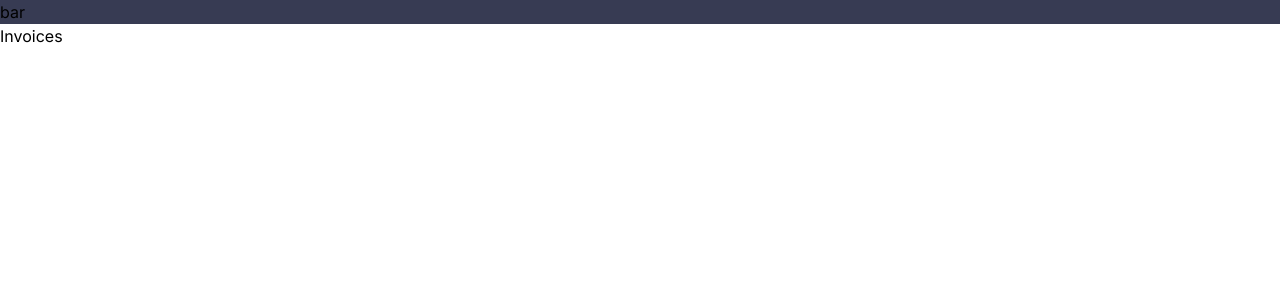
Repository: theoneswhodead/invoice-app
Page: /
These files come from the project's save history. The page is drawn as it stood at one moment and after the next save; the edit follows.
The browser window is 1280 px wide. The pictures show the whole page.
The project was rebuilt for these pictures with package versions that can differ from the ones it lists, and the page was loaded fresh each time. The framework's server and built-in components were replaced by stand-ins that run in the browser. Also part of the build but not shown: next.config.mjs.

Above is the page before, as saved 2024-08-19 17:34:55.

After the next save:
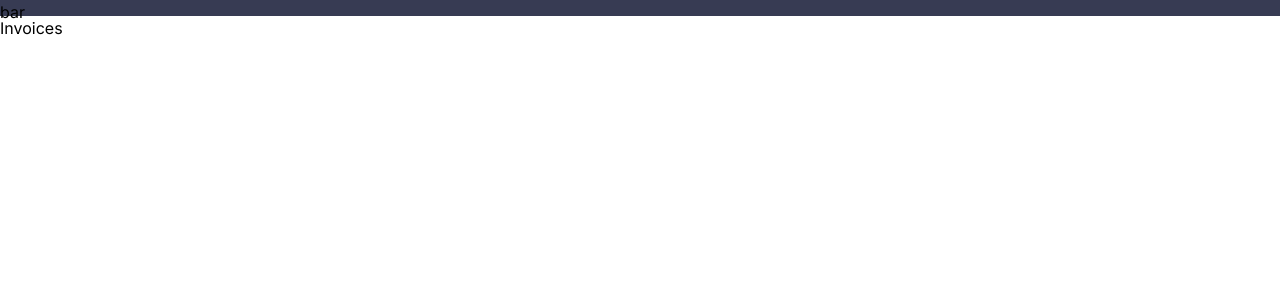
Saved 15 s later.
--- a/app/components/BarMenu.tsx
+++ b/app/components/BarMenu.tsx
@@ -2,7 +2,7 @@
 
 const BarMenu = () => {
   return (
-    <nav className='bg-gray'>
+    <nav className='bg-gray h-4'>
       bar
     </nav>
   )

After the save that followed:
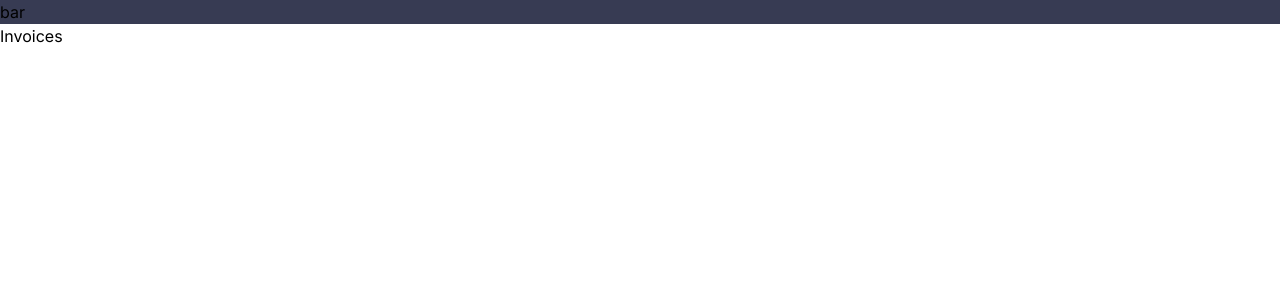
Saved 46 s later.
--- a/app/components/BarMenu.tsx
+++ b/app/components/BarMenu.tsx
@@ -2,7 +2,7 @@
 
 const BarMenu = () => {
   return (
-    <nav className='bg-gray h-4'>
+    <nav className='bg-gray h-18'>
       bar
     </nav>
   )
